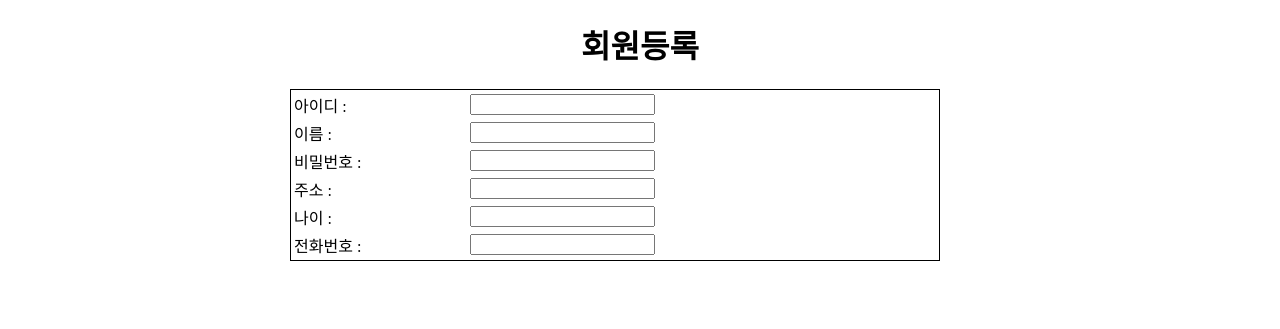
Repository: Seonhanbit/dev
Page: work_servlet_jsp/MemberProject/WebContent/RegisterMem.html
The author's editor kept a copy of each file at every save. The page is drawn from the files as they stood at one save, then again after the next save.
The browser window is 1280 px wide. The pictures show the whole page.

Above is the page before, as saved 2019-09-17 00:22:55.

After the next save:
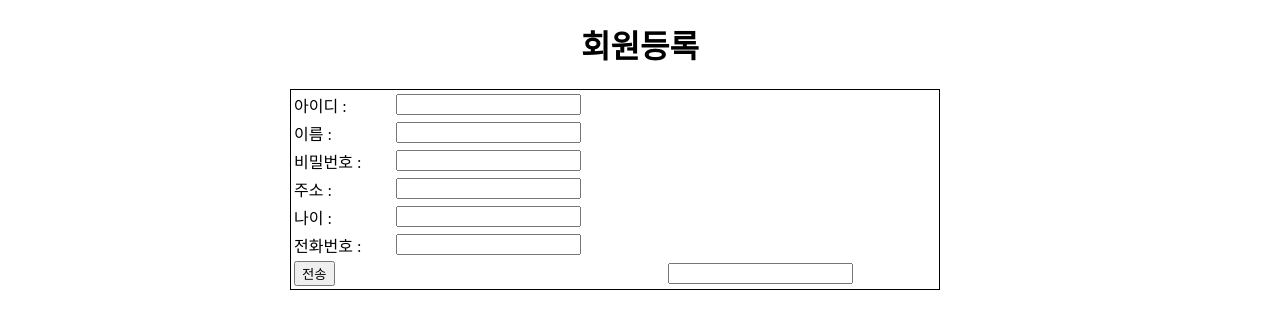
Saved 75 s later.
--- a/work_servlet_jsp/MemberProject/WebContent/RegisterMem.html
+++ b/work_servlet_jsp/MemberProject/WebContent/RegisterMem.html
@@ -43,6 +43,10 @@ table {
 				<td>전화번호 :</td>
 				<td><input type="tel" name="ptel"></td>
 			</tr>
+			<tr>
+				<td colspan="2"><input type="button" value="전송"></td>
+				<td><input type="tel" name="ptel"></td>
+			</tr>
 		</table>
 	</form>
 </body>
